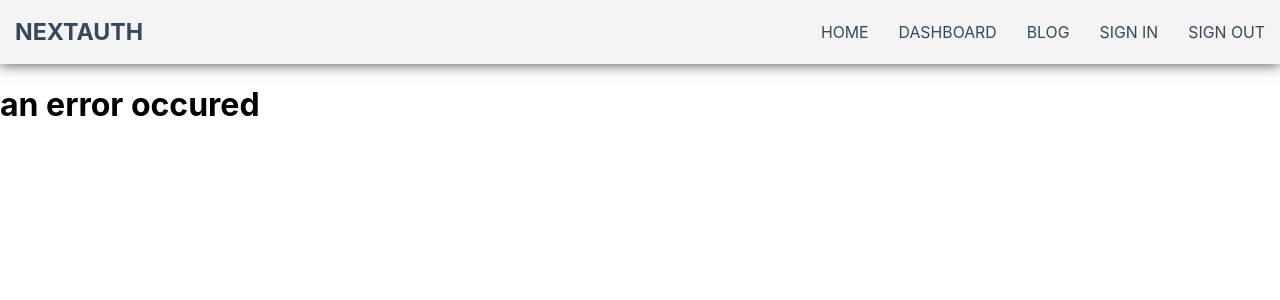
Repository: adeel146/nextjs
Page: /comments
These files come from the project's save history. The page is drawn as it stood at one moment and after a run of saves; the edit follows.
The browser window is 1280 px wide. The pictures show the whole page.
The page's requests for data from a server got no answer. The project was rebuilt for these pictures with package versions that can differ from the ones it lists, and the page was loaded fresh each time. The framework's server and built-in components were replaced by stand-ins that run in the browser. No one was signed in, and anything a server would have sent is missing. Also part of the build but not shown: next.config.js.

Above is the page before, as saved 2022-02-08 16:08:15.

### pages/_app.js
import Navbar from '../components/Navbar'
import '../styles/globals.css'
import '../components/Navbar.css'
function MyApp({ Component, pageProps }) {
  return <>
  <Navbar/>
  <Component {...pageProps} />
  </>
}

export default MyApp

### pages/comments.js
import { useState } from "react";
import useSWR from "swr";

const fetcher = async () => {
  const response = await fetch("/api/comments");
  const data = await response.json();
  return data;
};
function DashboardSWR() {
  const [inputcomment, setinputcomment] = useState("");
  const { data, error } = useSWR("comments", fetcher);
  if (error) {
    return <h1>an error occured</h1>;
  }

  if (!data) {
    return <h1>Data is not available</h1>;
  }

  const submitComment = async () => {
    const response = await fetch("/api/comments", {
      method: "POST",
      body: JSON.stringify({ inputcomment }),
      headers: {
        "Content-Type": "application/json",
      },
    });
    const data = response.json();
    return console.log(data);
  };

  const deleteComment = async (commentId) => {
    const response = await fetch(`/api/comments/${commentId}`, {
      method: "DELETE",
    });
    const data = await response.json();
    console.log(data);
  };
  const editComment = async (commentId) => {
    const text = prompt("enter Edit message");
    const response = await fetch(`/api/comments/${commentId}`, {
      method: "PATCH",
      body: JSON.stringify({ text,id:commentId }),
      headers: {
        "Content-Type": "application/json",
      },
    });
    const data = await response.json();
    console.log(data);
  };

  return (
    <div>
      <h1>List of Comments</h1>
      <input
        value={inputcomment}
        onChange={(event) => {
          setinputcomment(event.target.value);
        }}
      ></input>
      <button onClick={submitComment}>Submit-Comment</button>
      {data.map((comment) => {
        return (
          <div key={comment.id}>
            <h1>
              ID-{comment.id} | {comment.text}
            </h1>
            <button onClick={() => deleteComment(comment.id)}>DELETE</button>
            <button onClick={() => editComment(comment.id)}>Edit</button>
            <hr />
          </div>
        );
      })}
    </div>
  );
}
export default DashboardSWR;

### components/Navbar.js
import Link from 'next/link'
import {signIn,signOut,useSession} from "next-auth/client"

function Navbar() {
    const [session,Loading]= useSession()
    console.log(session,Loading);
  return (
    <nav className='header'>
      <h1 className='logo'>
        <a href='#'>NextAuth</a>
      </h1>
      <ul className={`main-nav `}>
        <li>
          <Link href='/'>
            <a>Home</a>
          </Link>
        </li>
        <li>
          <Link href='/dashboard'>
            <a>Dashboard</a>
          </Link>
        </li>
        <li>
          <Link href='/blog'>
            <a>Blog</a>
          </Link>
        </li>

          <li>
            <Link href='/api/auth/signin'>
              <a
                onClick={e => {
                  e.preventDefault()
                  signIn()
                }}>
                Sign In
              </a>
            </Link>
          </li>

          <li>
            <Link href='/api/auth/signout'>
              <a
                onClick={e => {
                  e.preventDefault()
                  signOut()
                }}>
                Sign Out
              </a>
            </Link>
          </li>

      </ul>
    </nav>
  )
}

export default Navbar

### components/Navbar.css
ul {
    margin: 0;
    padding: 0;
    list-style: none;
  }

  h2,
  h3,
  a {
    color: #34495e;
  }

  a {
    text-decoration: none;
  }

  .logo {
    margin: 0;
    font-size: 1.45em;
  }

  .main-nav {
    display: flex;
    margin-top: 5px;
  }

  .logo a,
  .main-nav a {
    padding: 10px 15px;
    text-transform: uppercase;
    text-align: center;
    display: block;
  }

  .main-nav a {
    color: #34495e;
    font-size: 0.99em;
  }

  .main-nav a:hover {
    color: #718daa;
  }

  .header {
    display: flex;
    justify-content: space-between;
    padding-top: 0.5em;
    padding-bottom: 0.5em;
    background-color: #f4f4f4;
    -webkit-box-shadow: 0px 0px 14px 0px rgba(0, 0, 0, 0.75);
    -moz-box-shadow: 0px 0px 14px 0px rgba(0, 0, 0, 0.75);
    box-shadow: 0px 0px 14px 0px rgba(0, 0, 0, 0.75);
  }

  .loading {
    opacity: 0;
    transition: all 0.2s ease-in;
  }

  .loaded {
    opacity: 1;
    transition: all 0.2s ease-in;
  }

Loaded but not shown: styles/globals.css (common file)

After the next 5 saves:
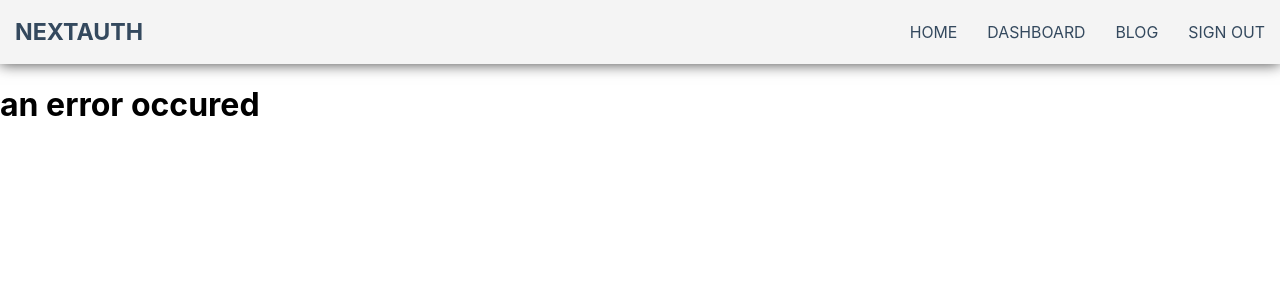
The 5 saves are shown as one change because 1 did not build or start and some came seconds apart.
The last was saved 86 s later.
--- a/components/Navbar.js
+++ b/components/Navbar.js
@@ -26,7 +26,7 @@
           </Link>
         </li>
 
-          <li>
+{session && <li>
             <Link href='/api/auth/signin'>
               <a
                 onClick={e => {
@@ -36,7 +36,8 @@
                 Sign In
               </a>
             </Link>
-          </li>
+          </li>}
+
 
           <li>
             <Link href='/api/auth/signout'>

After the 2 saves that followed:
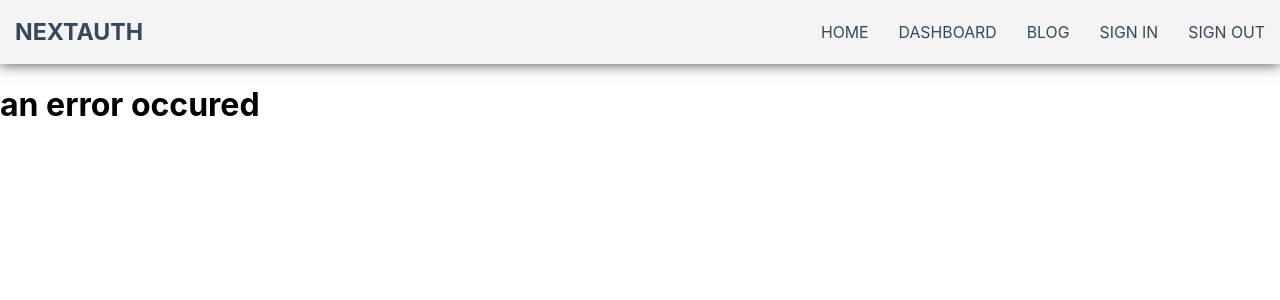
The 2 saves are shown as one change because they came seconds apart.
The last was saved 7 s later.
--- a/components/Navbar.js
+++ b/components/Navbar.js
@@ -1,59 +1,61 @@
-import Link from 'next/link'
-import {signIn,signOut,useSession} from "next-auth/client"
+import Link from "next/link";
+import { signIn, signOut, useSession } from "next-auth/client";
 
 function Navbar() {
-    const [session,Loading]= useSession()
-    console.log(session,Loading);
+  const [session, Loading] = useSession();
+  console.log(session, Loading);
   return (
-    <nav className='header'>
-      <h1 className='logo'>
-        <a href='#'>NextAuth</a>
+    <nav className="header">
+      <h1 className="logo">
+        <a href="#">NextAuth</a>
       </h1>
       <ul className={`main-nav `}>
         <li>
-          <Link href='/'>
+          <Link href="/">
             <a>Home</a>
           </Link>
         </li>
         <li>
-          <Link href='/dashboard'>
+          <Link href="/dashboard">
             <a>Dashboard</a>
           </Link>
         </li>
         <li>
-          <Link href='/blog'>
+          <Link href="/blog">
             <a>Blog</a>
           </Link>
         </li>
 
-{session && <li>
-            <Link href='/api/auth/signin'>
+        {!session && (
+          <li>
+            <Link href="/api/auth/signin">
               <a
-                onClick={e => {
-                  e.preventDefault()
-                  signIn()
-                }}>
+                onClick={(e) => {
+                  e.preventDefault();
+                  signIn();
+                }}
+              >
                 Sign In
               </a>
             </Link>
-          </li>}
+          </li>
+        )}
 
-
-          <li>
-            <Link href='/api/auth/signout'>
-              <a
-                onClick={e => {
-                  e.preventDefault()
-                  signOut()
-                }}>
-                Sign Out
-              </a>
-            </Link>
-          </li>
-
+        <li>
+          <Link href="/api/auth/signout">
+            <a
+              onClick={(e) => {
+                e.preventDefault();
+                signOut();
+              }}
+            >
+              Sign Out
+            </a>
+          </Link>
+        </li>
       </ul>
     </nav>
-  )
+  );
 }
 
-export default Navbar
+export default Navbar;
